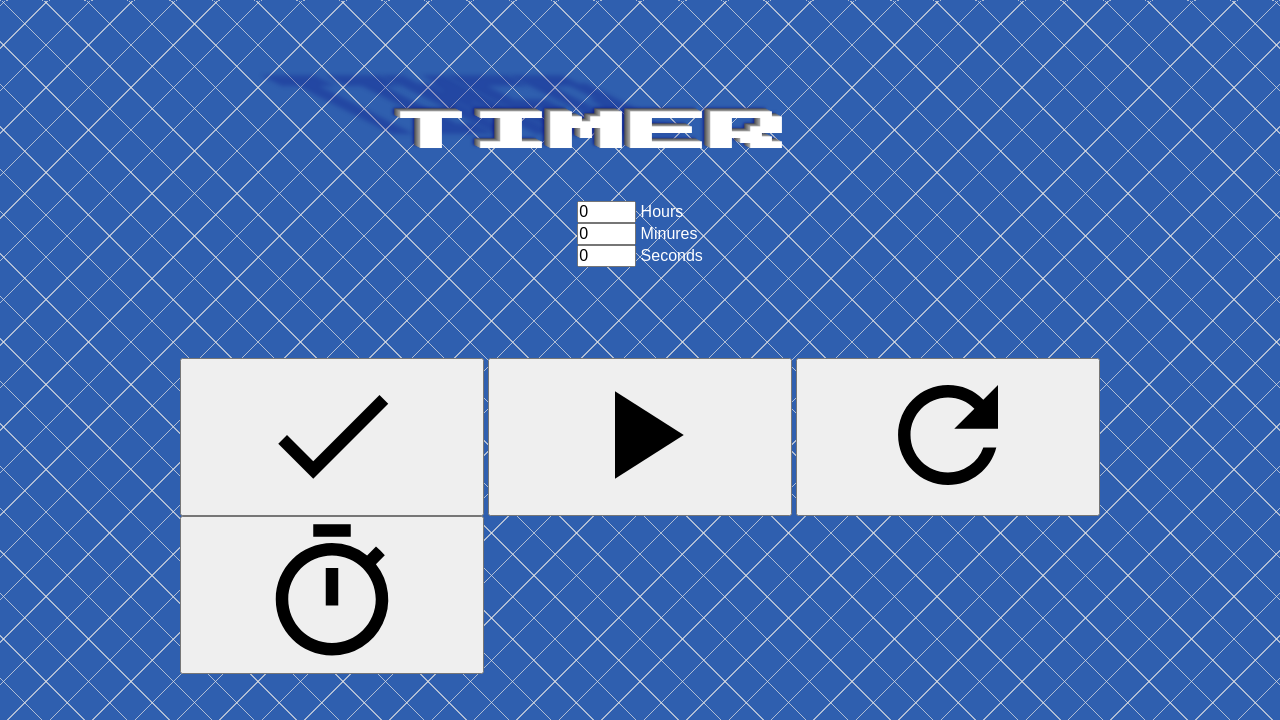
Repository: KrzysKolo/Projekt-12_Timer
Page: index.html
These files come from the project's save history. The page is drawn as it stood at one moment and after the next save; the edit follows.
The browser window is 1280 px wide. The pictures show the whole page.
Some web fonts or font styles are not loaded; a fallback is used.

Above is the page before, as saved 2020-06-24 21:48:02.

### index.html
<!DOCTYPE html>
<html lang="en">
  <head>
    <meta charset="UTF-8" />
    <meta name="viewport" content="width=device-width, initial-scale=1.0" />
    <title>Taimer</title>
    <link
      href="https://fonts.googleapis.com/css2?family=Aldrich&family=Press+Start+2P&display=swap"
      rel="stylesheet"
    />

    <link rel="stylesheet" href="./css/style.css" />
  </head>
  <body>
    <main class="timer">
      <header class="timer__header">
        <h1 class="timer__heading" data-text="TIMER">
          Timer
        </h1>
      </header>
      <article class="timer__clock">
        <!-- input hours-->
        <section class="clock">
          <input
            type="number"
            name="hours"
            id="hours"
            value="0"
            min="0"
            max="99"
            class="clock__input"
            data-timer-input__hours
          />
          <label for="hours" class="clock__label">Hours</label>
        </section>
        <!-- input minutes-->
        <section class="clock">
          <input
            type="number"
            name="minutes"
            id="minutes"
            value="0"
            min="0"
            max="59"
            class="clock__input"
            data-timer-input__minutes
          />
          <label for="minutes" class="clock__label">Minures</label>
        </section>
        <!-- input seconds -->
        <section class="clock">
          <input
            type="number"
            name="seconds"
            id="seconds"
            value="0"
            min="0"
            max="59"
            class="clock__input"
            data-timer-input__seconds
          />
          <label for="seconds" class="clock__label">Seconds</label>
        </section>
      </article>
      <article class="timer__buttons">
        <!-- button 1 -->
        <button class="button">
          <svg class="button__icon">
            <use xlink:href="./assets/icons/sprite.svg#done-24px"></use>
          </svg>
        </button>
        <!-- button 2 -->
        <button class="button">
          <svg class="button__icon">
            <use xlink:href="./assets/icons/sprite.svg#play_arrow-24px"></use>
          </svg>
        </button>
        <!-- button 3 -->
        <button class="button">
          <svg class="button__icon">
            <use xlink:href="./assets/icons/sprite.svg#refresh-24px"></use>
          </svg>
        </button>
        <!-- dźwięk -->
        <section class="timer__audio">
          <audio src="./assets/sounds/alarm.mp3" loop></audio>
          <button class="button">
            <svg class="button__icon button__icon--alarm">
              <use xlink:href="./assets/icons/sprite.svg#timer-24px"></use>
            </svg>
          </button>
        </section>
      </article>
    </main>
  </body>
</html>

### css/style.css
*,
*::before,
*::after {
  padding: 0;
  margin: 0;
  box-sizing: inherit;
  font-size: 16px;
}
body {
  box-sizing: border-box;
  color: #fff;
  font-family: "Aldrich", sans-serif;
  background-color: #2f5faf;
  background-position: 0 1px;

  background-image: -webkit-repeating-linear-gradient(
      deg,
      rgba(229, 229, 229, 0.7),
      rgba(229, 229, 229, 0.7) 1px,
      transparent 1px,
      transparent 30px
    ),
    -webkit-repeating-linear-gradient(90deg, rgba(229, 229, 229, 0.7), rgba(
            229,
            229,
            229,
            0.7
          )
          1px, transparent 1px, transparent 30px);
  background-image: repeating-linear-gradient(
      -45deg,
      rgba(229, 229, 229, 0.7),
      rgba(229, 229, 229, 0.7) 1px,
      transparent 1px,
      transparent 30px
    ),
    repeating-linear-gradient(
      45deg,
      rgba(229, 229, 229, 0.7),
      rgba(229, 229, 229, 0.7) 1px,
      transparent 1px,
      transparent 30px
    );
}
.timer {
  width: 100vw;
  height: 100vh;
  position: relative;

  display: flex;
  flex-direction: column;
  justify-content: space-around;
  align-items: flex-start;
  align-items: center;
}
.timer__header {
}

.timer__heading {
  font-family: "Press Start 2P", cursive;
  font-size: 4rem;
  text-transform: uppercase;
  position: relative;
  top: 50%;
  left: -50%;
  transform: calc(-50%, -50%);
  color: rgba(0, 0, 0, 0);

  transform: skew(63deg, 0deg);

  text-shadow: 0 0 3px rgba(0, 0, 128, 0.25);
  z-index: 50;
}
.timer__heading::after {
  content: attr(data-text);
  font-family: "Press Start 2P", cursive;
  font-size: 5rem;
  position: absolute;
  top: 15px;
  left: 25px;
  color: rgba(255, 255, 255, 1);

  transform: skew(-63deg) scale(1, 0.5);

  text-shadow: -1px -1px 1px #aaa, -2px -2px 1px #999, -3px -3px 1px #888,
    -4px -4px 1px #777, -5px -5px 1px #666, -6px -6px 1px #555,
    -7px -7px 5px rgba(0, 0, 128, 0.75);
  z-index: 100;
}

After the next save:
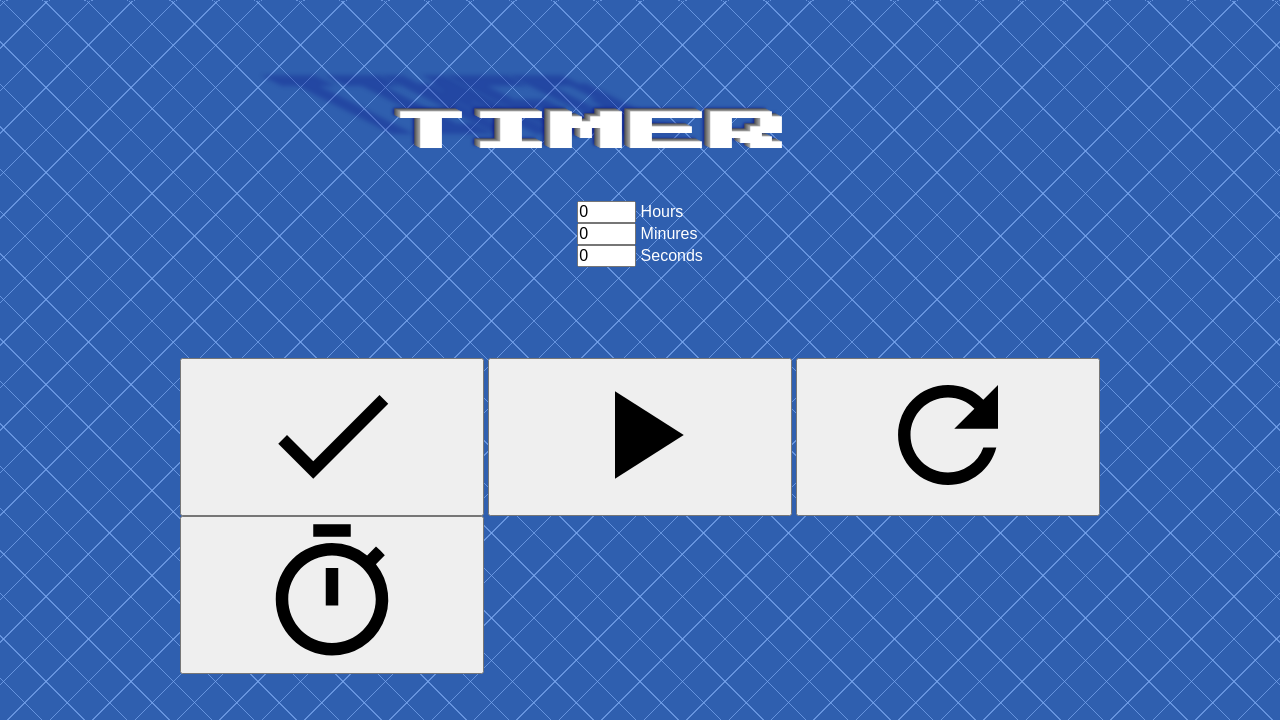
Saved 113 s later.
--- a/css/style.css
+++ b/css/style.css
@@ -15,29 +15,29 @@ body {
 
   background-image: -webkit-repeating-linear-gradient(
       deg,
-      rgba(229, 229, 229, 0.7),
-      rgba(229, 229, 229, 0.7) 1px,
+      rgba(125, 170, 242, 0.7),
+      rgba(125, 170, 242, 0.7) 1px,
       transparent 1px,
       transparent 30px
     ),
-    -webkit-repeating-linear-gradient(90deg, rgba(229, 229, 229, 0.7), rgba(
-            229,
-            229,
-            229,
+    -webkit-repeating-linear-gradient(90deg, rgba(125, 170, 242, 0.7), rgba(
+            125,
+            170,
+            242,
             0.7
           )
           1px, transparent 1px, transparent 30px);
   background-image: repeating-linear-gradient(
       -45deg,
-      rgba(229, 229, 229, 0.7),
-      rgba(229, 229, 229, 0.7) 1px,
+      rgba(125, 170, 242, 0.7),
+      rgba(125, 170, 242, 0.7) 1px,
       transparent 1px,
       transparent 30px
     ),
     repeating-linear-gradient(
       45deg,
-      rgba(229, 229, 229, 0.7),
-      rgba(229, 229, 229, 0.7) 1px,
+      rgba(125, 170, 242, 0.7),
+      rgba(125, 170, 242, 0.7) 1px,
       transparent 1px,
       transparent 30px
     );
